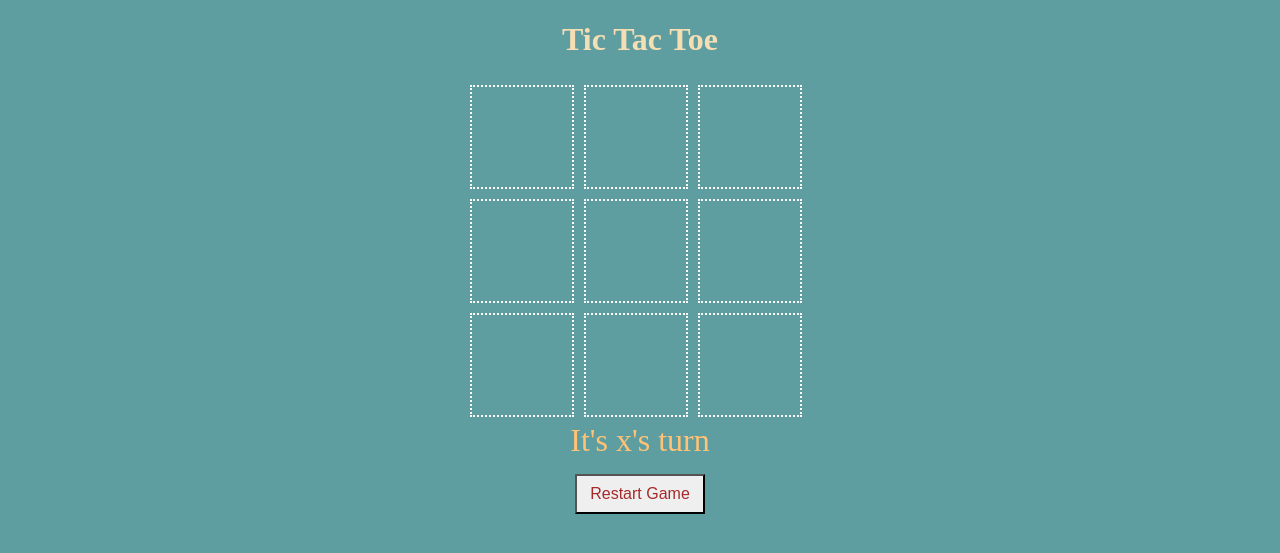
Repository: Hasmik-icml/Tic-Tac-Toe
Page: index.html
The author's editor kept a copy of each file at every save. The page is drawn from the files as they stood at one save, then again after the next save.
The browser window is 1280 px wide. The pictures show the whole page.
After loading, the first visible `div.container` was clicked once.

Above is the page before, as saved 2022-02-03 01:45:56.

After the next save:
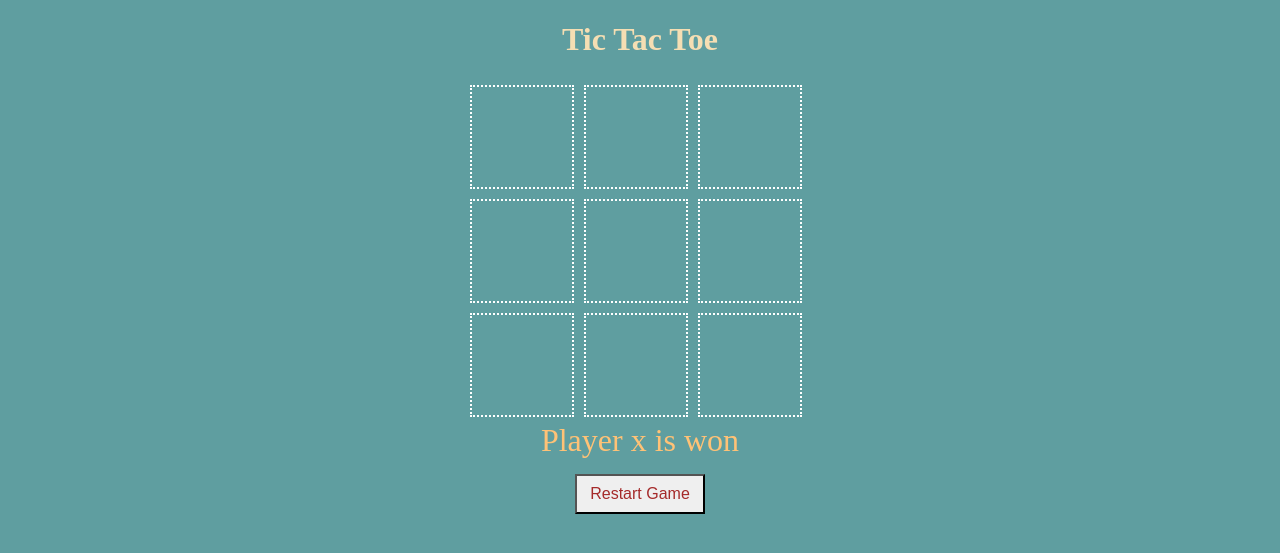
Saved 4 s later.
--- a/index.js
+++ b/index.js
@@ -44,7 +44,7 @@
 
   boxes.forEach((boxes) => {
     for (let i = 0; i < boxes.length; i++) {
-      if (boxes[i] !== boxes[i+1] && boxes[i] !== ""){
+      if (boxes[i] !== boxes[i+1]){
         result.innerHTML = `Player ${player} is won`;
 
           winer = true;

After the save that followed:
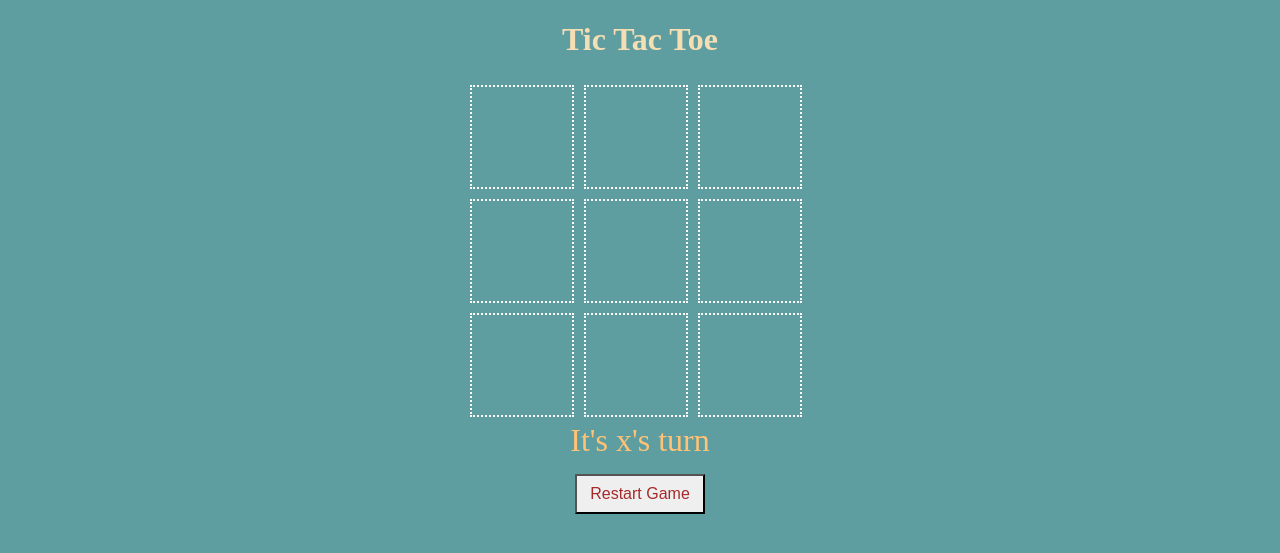
Saved 30 s later.
--- a/index.js
+++ b/index.js
@@ -44,7 +44,7 @@
 
   boxes.forEach((boxes) => {
     for (let i = 0; i < boxes.length; i++) {
-      if (boxes[i] !== boxes[i+1]){
+      if (boxes[i] !== boxes[i+1] && boxes[i] !== ""){
         result.innerHTML = `Player ${player} is won`;
 
           winer = true;
